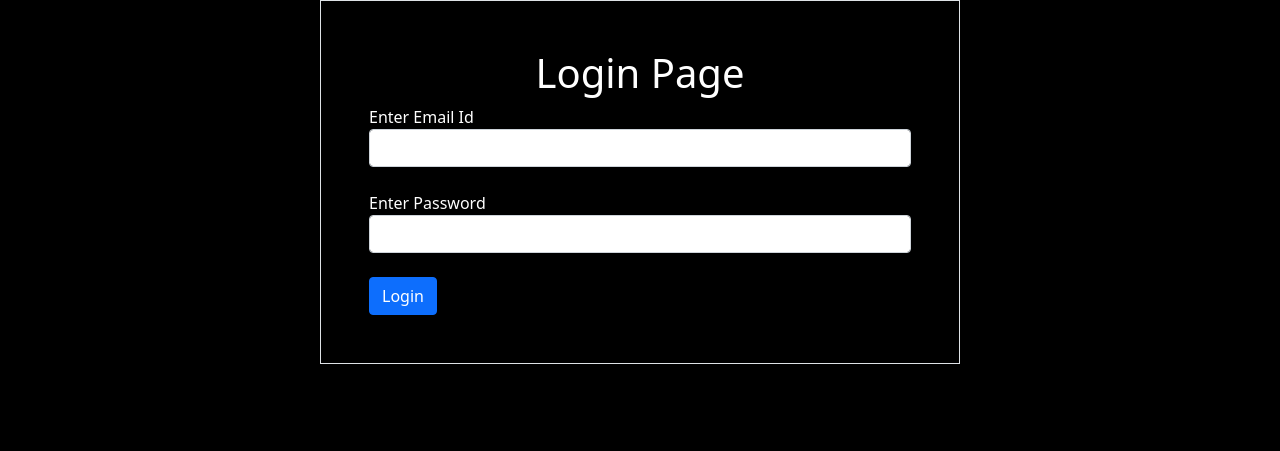
Repository: becoderpavy/servlet_tutorials
Page: 3_RequestDispatch_Example/src/main/webapp/login.html
An editor plug-in stored every save of this project. The page is shown before and after the next save, followed by the edit.
The browser window is 1280 px wide. The pictures show the whole page.

Above is the page before, as saved 2023-06-09 16:45:24.

### 3_RequestDispatch_Example/src/main/webapp/login.html
<!DOCTYPE html>
<html>
<head>
<meta charset="ISO-8859-1">
<title>Insert title here</title>
<link
	href="https://cdn.jsdelivr.net/npm/bootstrap@5.0.2/dist/css/bootstrap.min.css"
	rel="stylesheet"
	integrity="sha384-EVSTQN3/azprG1Anm3QDgpJLIm9Nao0Yz1ztcQTwFspd3yD65VohhpuuCOmLASjC"
	crossorigin="anonymous">
</head>
<body style="background-color: black; color:white;">

	<div class=" col-md-6 offset-md-3 border p-5">
	<h1 class="text-center">Login Page</h1>
		<form>
			<label>Enter Email Id</label>
			<input type="text" name="email" class="form-control">

			<br>

				 <label>Enter Password</label>
				<input type="text" name="password" class="form-control"> <br>

				<button class="btn btn-primary">Login</button>
		</form>

	</div>
</body>
</html>

After the next save:
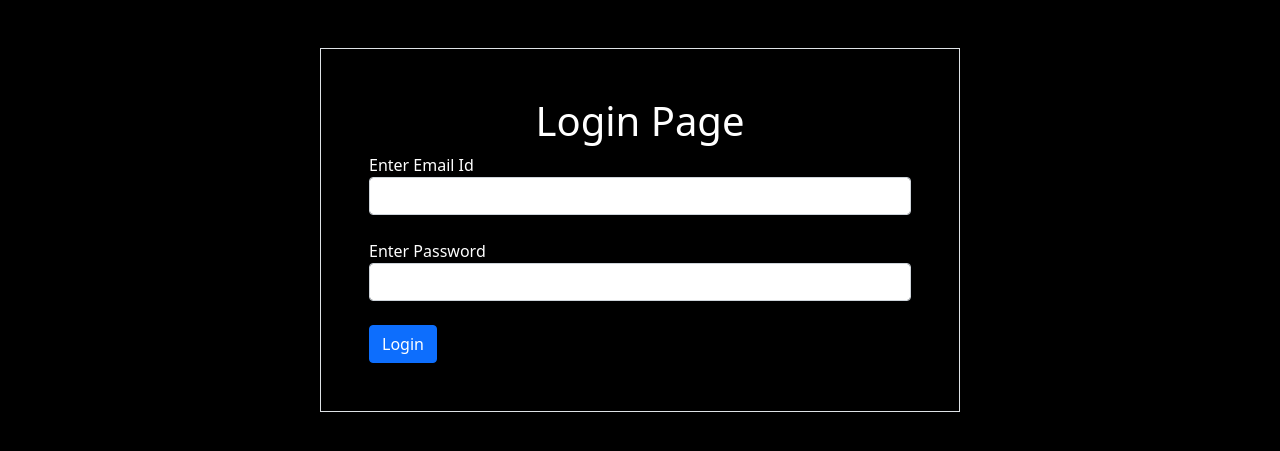
Saved 25 s later.
--- a/3_RequestDispatch_Example/src/main/webapp/login.html
+++ b/3_RequestDispatch_Example/src/main/webapp/login.html
@@ -11,7 +11,7 @@
 </head>
 <body style="background-color: black; color:white;">
 
-	<div class=" col-md-6 offset-md-3 border p-5">
+	<div class=" col-md-6 offset-md-3 border p-5 mt-5">
 	<h1 class="text-center">Login Page</h1>
 		<form>
 			<label>Enter Email Id</label>
